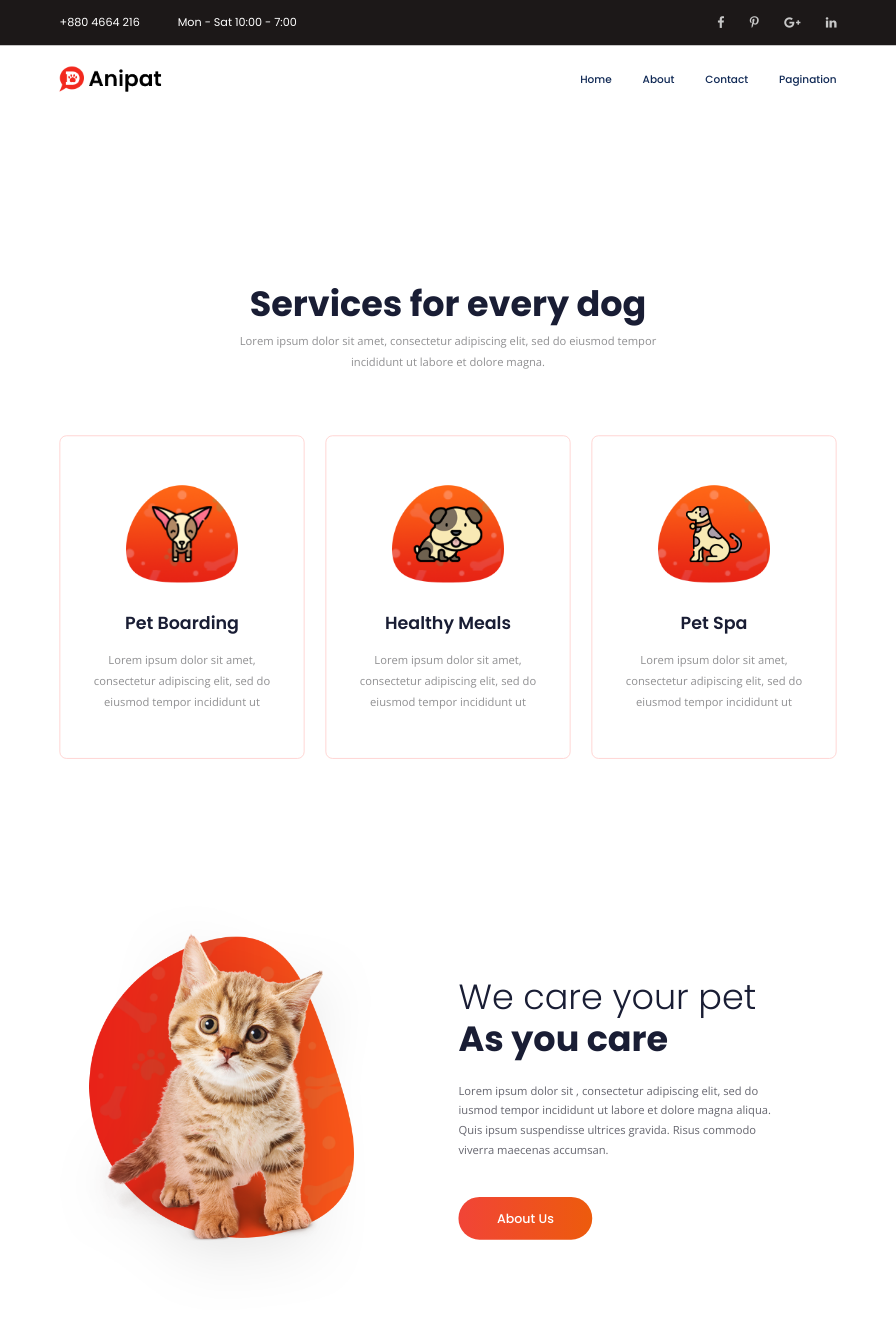
Repository: ssezmar/php...
Page: http://localhost/lab2/index.php
The author's editor kept a copy of each file at every save. The page is drawn from the files as they stood at one save, then again after a run of saves.
The browser window is 1280 px wide. The pictures show the part of the page from y = 0 to 1920 px (the page is 3239 px tall before and 3839 px after), at 70% of full size.
The page is run by PHP 8.4 with error messages shown; the project is at /var/www/html/.

Above is the page before, as saved 2025-09-17 12:39:48.
Console error: TypeError: $(...).find(...).ajaxChimp is not a function

After the next 2 saves:
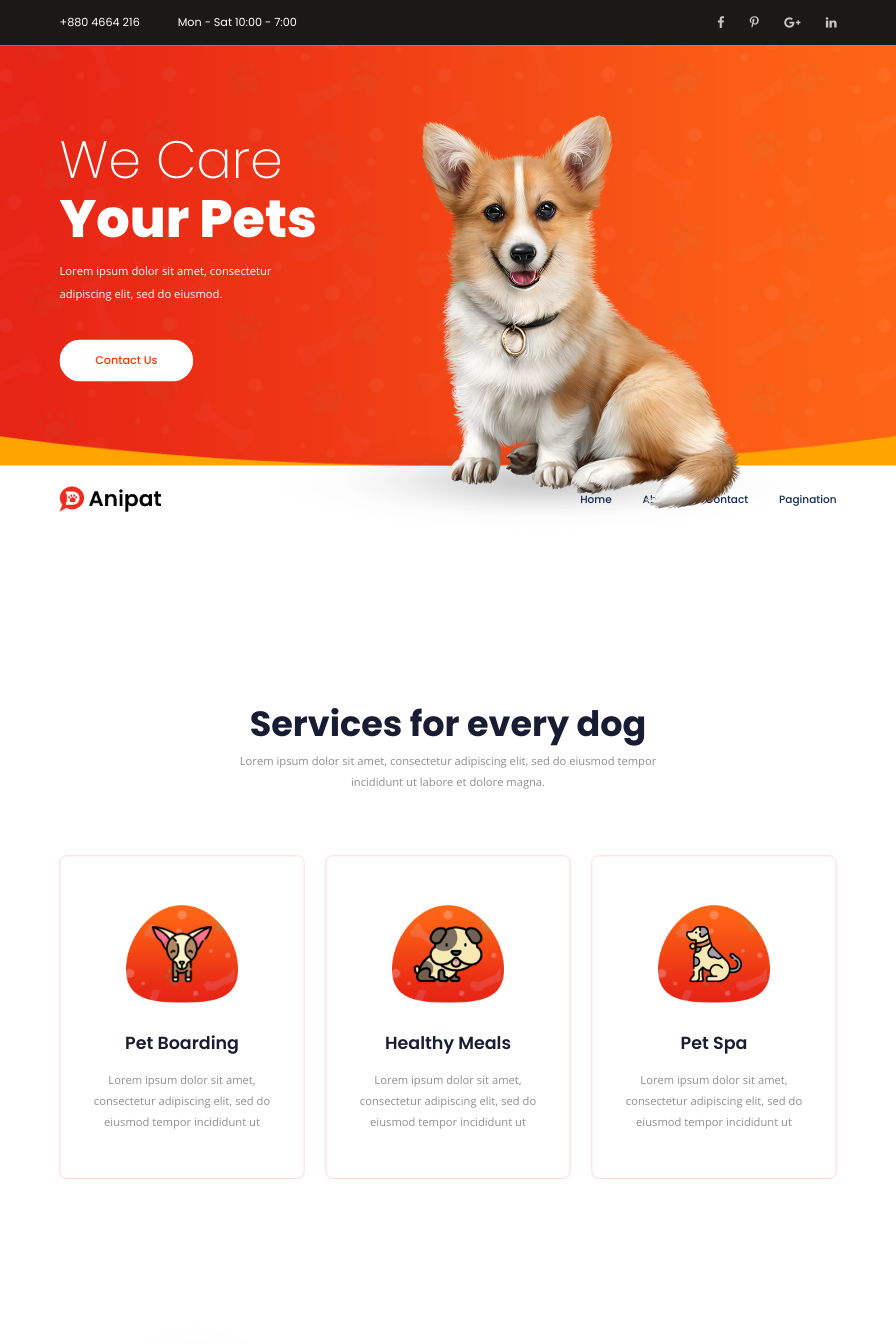
The 2 saves are shown as one change because they came seconds apart.
The last was saved 8 s later.
--- a/public_html/lab2/includes/menu.php
+++ b/public_html/lab2/includes/menu.php
@@ -6,6 +6,27 @@ $menu = [
     ["link" => "Pagination", "href" => "pagination.php"] // <-- добавили
 ];
 ?>
+
+<!-- slider_area_start -->
+<div class="slider_area">
+    <div class="single_slider slider_bg_1 d-flex align-items-center" style="background-color: orange;">
+        <div class="container">
+            <div class="row">
+                <div class="col-lg-5 col-md-6">
+                    <div class="slider_text">
+                        <h3>We Care <br> <span>Your Pets</span></h3>
+                        <p>Lorem ipsum dolor sit amet, consectetur <br> adipiscing elit, sed do eiusmod.</p>
+                        <a href="contact.php" class="boxed-btn4">Contact Us</a>
+                    </div>
+                </div>
+            </div>
+        </div>
+        <div class="dog_thumb d-none d-lg-block">
+            <img src="img/ban/dog.png" alt="">
+        </div>
+    </div>
+</div>
+<!-- slider_area_end -->
 <div id="sticky-header" class="main-header-area">
     <div class="container">
         <div class="row align-items-center">
